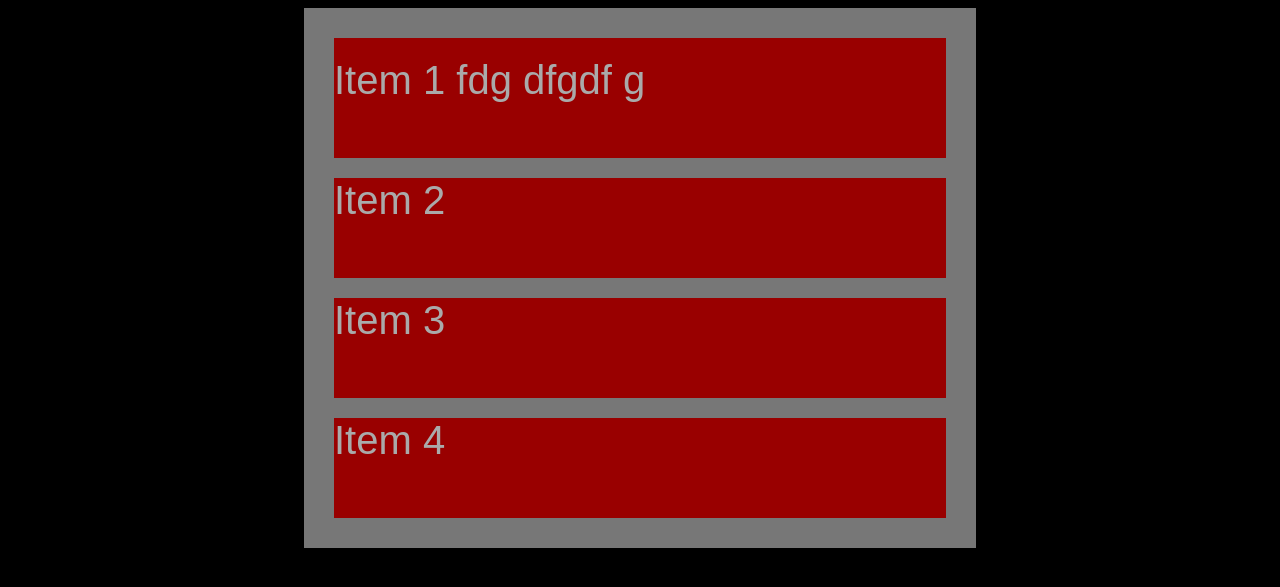
Repository: vitorgiovane/origamid-flexblog
Page: index.html
An editor plug-in stored every save of this project. The page is shown before and after the next save, followed by the edit.
The browser window is 1280 px wide. The pictures show the whole page.

Above is the page before, as saved 2019-02-24 22:00:02.

After the next save:
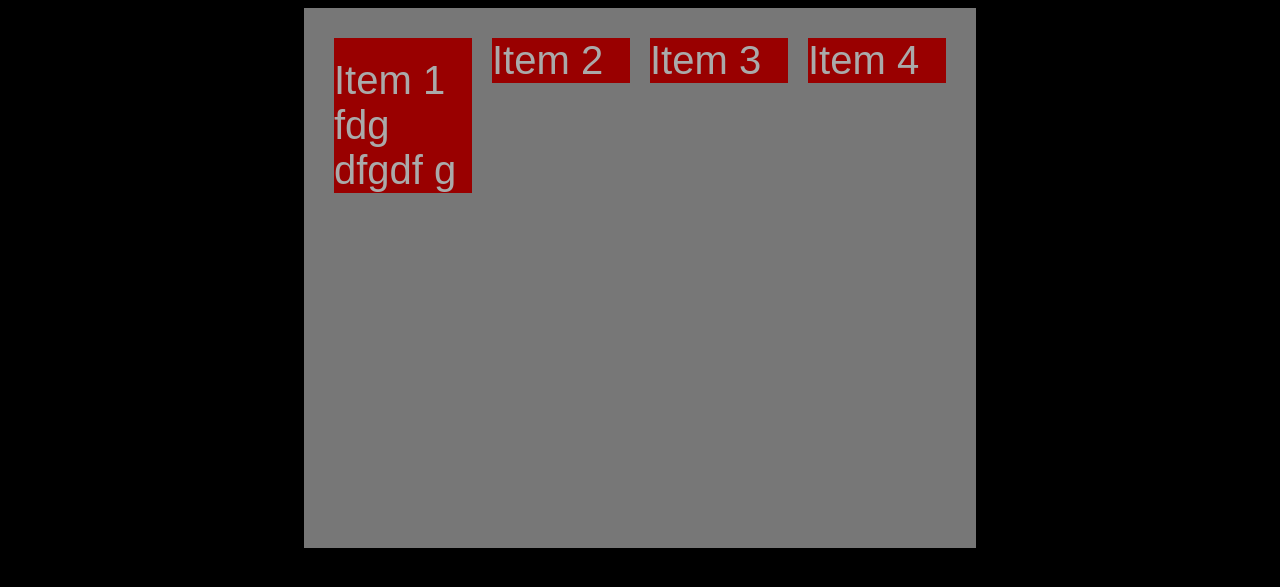
Saved 11 s later.
--- a/style.css
+++ b/style.css
@@ -12,8 +12,9 @@
   height: 500px;
   margin: auto;
   /* flex-wrap: wrap-reverse; */
-  flex-flow: column wrap;
-  justify-content: space-around;
+  flex-flow: row wrap;
+  /* justify-content: flex-end; */
+  align-items: flex-start;
 }
 
 .item{
